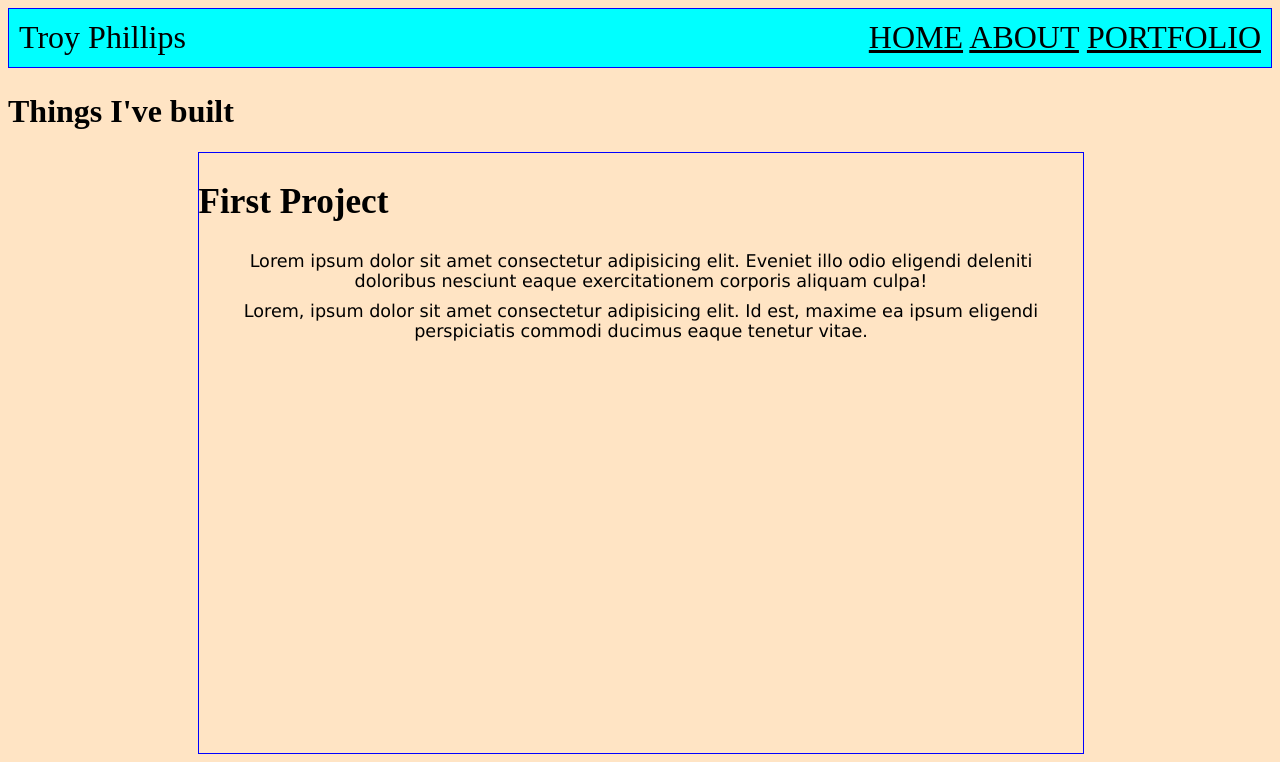
Repository: TheTroyPhillips/Personal-website
Page: portfolio.html
An editor plug-in stored every save of this project. The page is shown before and after the next save, followed by the edit.
The browser window is 1280 px wide. The pictures show the whole page.

Above is the page before, as saved 2023-09-10 22:36:18.

### portfolio.html
<!DOCTYPE html>
<html lang="en">
<head>
    <meta charset="UTF-8">
    <meta name="viewport" content="width=device-width, initial-scale=1.0">
    <title>Document</title>
    <link rel="stylesheet" href="style.css">
</head>
<body>

    <div class="parent">
        <div class="child">
            <span class="myname">Troy Phillips</span>
        <nav class="pages">
            <a class="active" href="/">HOME</a>
            <a href="/about.html">ABOUT</a>
            <a href="/portfolio.html">PORTFOLIO</a>
        </div>
        <h1>Things I've built</h1>
        <div class="childc">
            <h2 class="two">First Project</h2>
            <p class="extra">Lorem ipsum dolor sit amet consectetur adipisicing elit. Eveniet illo odio eligendi deleniti doloribus
                 nesciunt eaque exercitationem corporis aliquam culpa!</p>
            <p class="extra">Lorem, ipsum dolor sit amet consectetur adipisicing elit. Id est, maxime ea ipsum eligendi perspiciatis
                 commodi ducimus eaque tenetur vitae.</p>
        </div>

### style.css
.child{
    width: 100%;
    height: 60px;
    border: 1px solid blue;
    display: inline-block;
    box-sizing: border-box;
    background-color: aqua;
    padding: 10px;
}
.childb{
    width: 70%;
    height: 600px;
    border: 1px solid blue
}
.myname{
    float: left;
    font-size: 2rem;
}
.pages{
    float: right;
    font-size: 2rem;
}
.pages a.active{
    color: inherit;
}
.pages a{
    color: inherit;
}
body{
    background-color: bisque;
}
main{
    text-align: center;
    margin-left: 5%;
    margin-right: 5%;
    font-size: 1.8rem;
}
p{
    text-align: center;
    font-size: 2.5rem;
    font-family: Verdana, Geneva, Tahoma, sans-serif;
    margin: 130px;
}
.pa{
    margin: 10px;
}
h2{
    font-size: 3rem;
}
.childc{
    width: 70%;
    height: 600px;
    border: 1px solid blue;
    margin-left: 15%;
}
.two{
    font-size: 2.2rem;
}
.extra{
    font-size: 1.1rem;
    margin: 10px;
}

After the next save:
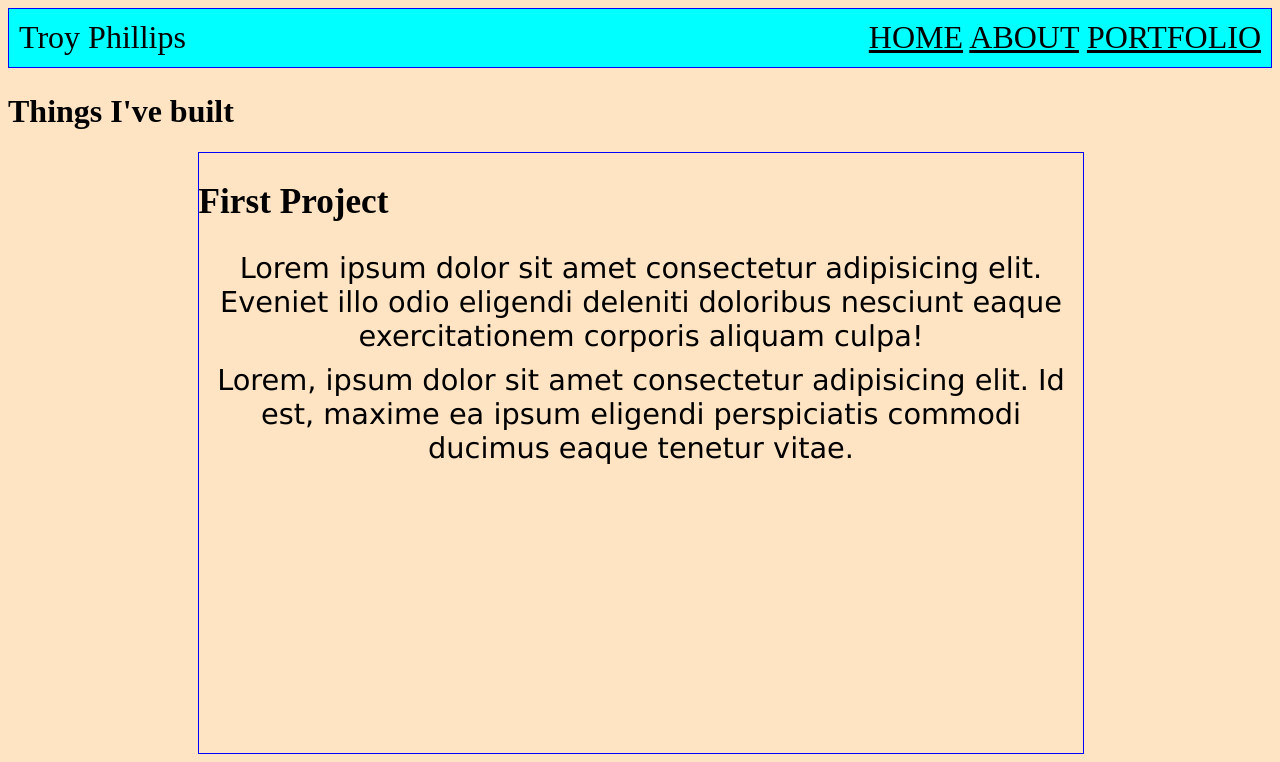
Saved 8 s later.
--- a/style.css
+++ b/style.css
@@ -57,6 +57,6 @@ h2{
     font-size: 2.2rem;
 }
 .extra{
-    font-size: 1.1rem;
+    font-size: 1.8rem;
     margin: 10px;
 }
